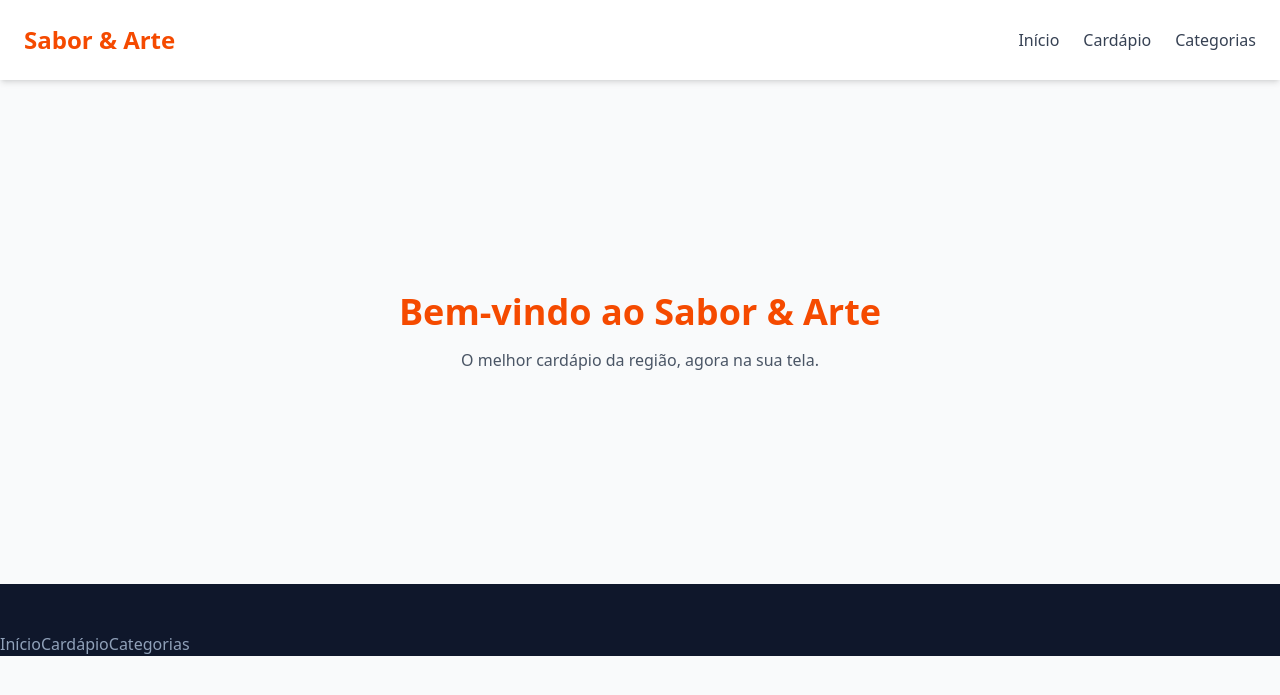
Repository: LuigiBLombardo/Next---Atividade
Page: / (app in sistema-cardapio/)
These files come from the project's save history. The page is drawn as it stood at one moment and after a run of saves; the edit follows.
The browser window is 1280 px wide. The pictures show the whole page.
The project was rebuilt for these pictures with package versions that can differ from the ones it lists, and the page was loaded fresh each time. The framework's server and built-in components were replaced by stand-ins that run in the browser. Also part of the build but not shown: sistema-cardapio/next.config.mjs.

Above is the page before, as saved 2026-09-04 19:20:27.

After the next 2 saves:
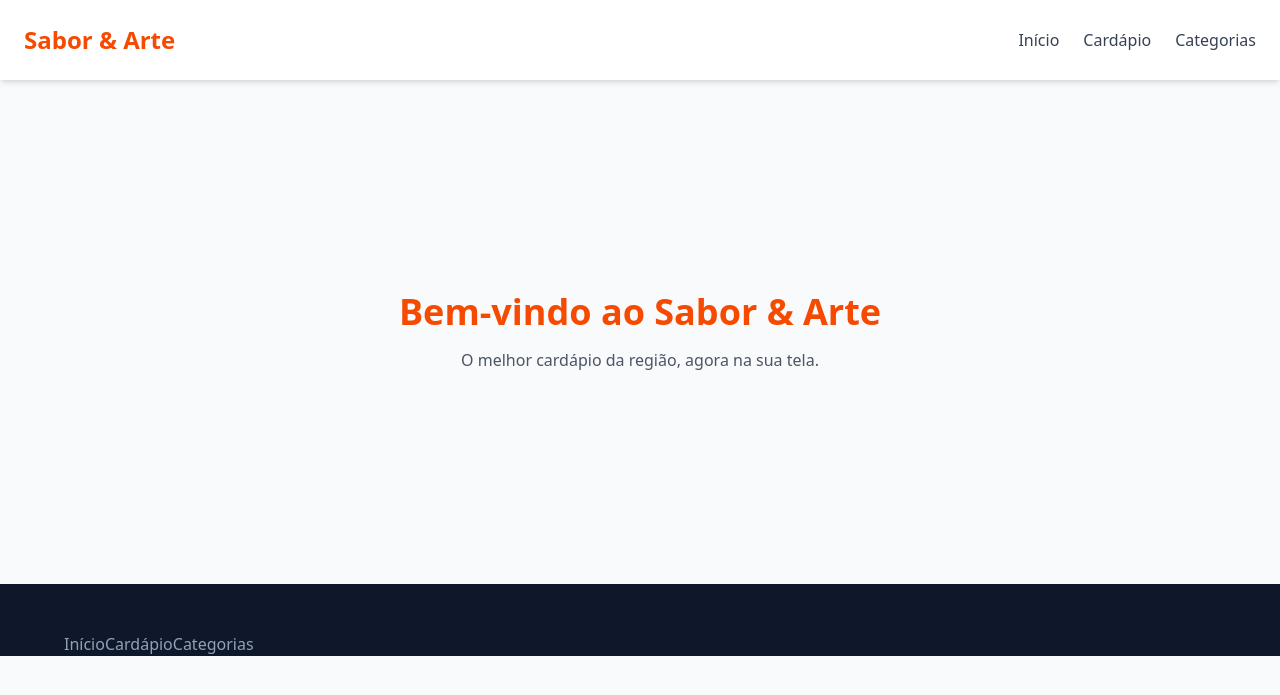
The 2 saves are shown as one change because they came seconds apart.
The last was saved 9 s later.
--- a/sistema-cardapio/src/components/Footer.js
+++ b/sistema-cardapio/src/components/Footer.js
@@ -4,7 +4,7 @@ export default function Footer(){
     return (
         <footer className="w-full bg-slate-900 text-slate-400 pt-12">
 
-            <div className="max-w-6xl">
+            <div className="max-w-6xl mx-auto px-">
 
                 <div>
 
